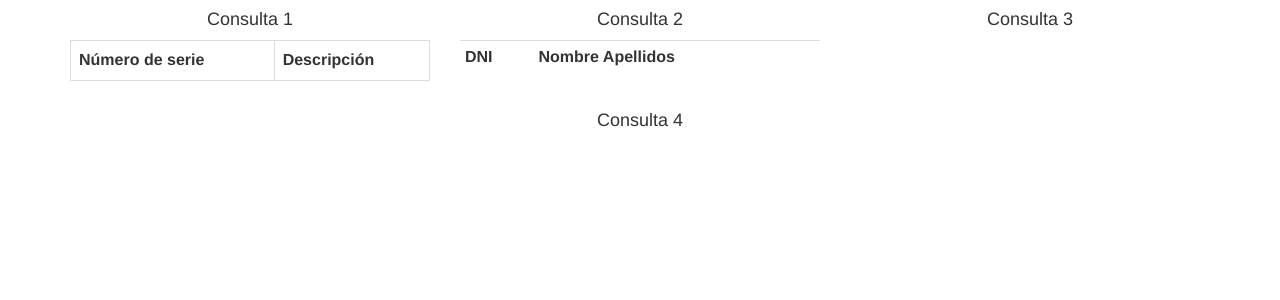
Repository: Myugen/EjercicioPHP
Page: http://localhost/Ejercicio2/index.php
These files come from the project's save history. The page is drawn as it stood at one moment and after the next save; the edit follows.
The browser window is 1280 px wide. The pictures show the whole page.
Some web libraries are served in a nearby version. The page is run by PHP 8.4 with error messages shown; the project is at /var/www/html/. Queries for data that is not in the repository find no rows.

Above is the page before, as saved 2015-11-18 13:49:25.

### Actividades5-2/Ejercicio2/index.php
<!DOCTYPE HTML PUBLIC "-//W3C//DTD HTML 4.01 Frameset//EN">
<html>
<head>
<meta name="viewport" content="width=device-width, initial-scale=1">
<link rel="stylesheet" href="http://maxcdn.bootstrapcdn.com/bootstrap/3.3.5/css/bootstrap.min.css">
<script src="https://ajax.googleapis.com/ajax/libs/jquery/1.11.3/jquery.min.js"></script>
<script src="http://maxcdn.bootstrapcdn.com/bootstrap/3.3.5/js/bootstrap.min.js"></script>
<meta http-equiv="Content-Type" content="text/html; charset=UTF-8">
<title>Consultas Base de Datos Vivero de empresas</title>
</head>
<body>
<?php
	$conexion = new mysqli("localhost", "root", "admin", "eje5_2_DB") or
	die("<div class='alert aler-danger text-center'><p>No es posible conectarse a la
	base de datos. Compruebe que los datos de conexión, usuario y/o contraseña son correctos.</p></div>");
?>
	<div class="container text-center">
	<div class="row">
		<div class="col-md-4">
			<h4>Consulta 1</h4>
			<?php
			$consulta1 = "SELECT r.numserie, r.descripcion
						  FROM recursos as r
						  WHERE NOT EXISTS (SELECT t.numserie
					                        FROM tiempo_uso as t
					                        WHERE r.numserie = t.numserie)";
			if($resultado = $conexion->query($consulta1)) {
				echo "<table class='table table-bordered'>";
				echo "<tr><th>Número de serie</th><th>Descripción</th></tr>";
				while($row = $resultado->fetch_row()){
					echo "<tr><td>" . utf8_encode($row[0]) . "</td><td>" . utf8_encode($row[1]) . "</td></tr>";
				}
				echo "</table>";
			}
			else {
				echo "<p class='text-danger'>Consulta no resuelta. Error $conexion->errno : $conexion->error </p><br>";
			}
			?>
		</div>
		<div class="col-md-4">
			<h4>Consulta 2</h4>
			<?php
			$consulta2 = "SELECT p.dni, p.nombre_y_apellidos
						  FROM profesionales as p
						  WHERE p.dni IN (SELECT t.dni
					                        FROM tiempo_uso as t
					                        WHERE p.dni = t.dni)
					      ORDER BY(p.nombre_y_apellidos)";
			if($resultado = $conexion->query($consulta2)) {
				echo "<table class='table table-condensed'>";
				echo "<tr><th>DNI</th><th>Nombre Apellidos</th></tr>";
				while($row = $resultado->fetch_row()){
					echo "<tr><td>" . utf8_encode($row[0]) . "</td><td>" . utf8_encode($row[1]) . "</td></tr>";
				}
				echo "</table>";
			}
			else {
				echo "<p class='text-danger'>Consulta no resuelta. Error $conexion->errno : $conexion->error </p><br>";
			}
			?>
		</div>
		<div class="col-md-4">
			<h4>Consulta 3</h4>
			<?php

			?>
		</div>
	</div>
	<div class="row">
		<div class="col-md-12">
			<h4>Consulta 4</h4>
			<?php

			?>
		</div>
	</div>
	</div>
</body>
</html>

After the next save:
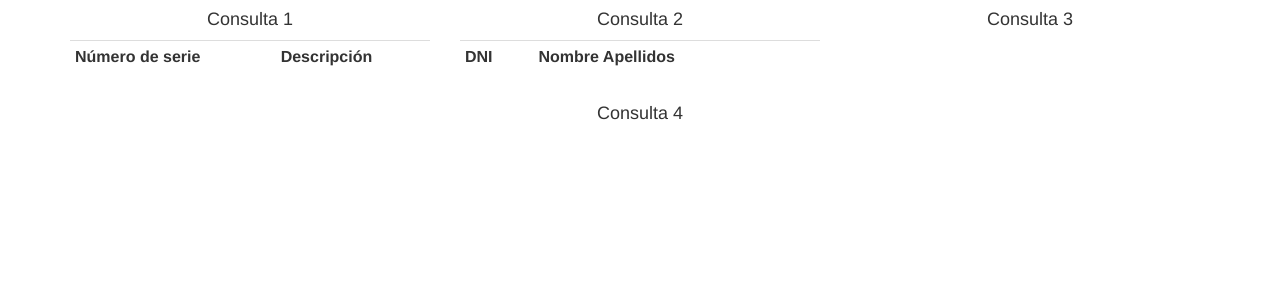
Saved 28 s later.
--- a/Actividades5-2/Ejercicio2/index.php
+++ b/Actividades5-2/Ejercicio2/index.php
@@ -25,7 +25,7 @@
 					                        FROM tiempo_uso as t
 					                        WHERE r.numserie = t.numserie)";
 			if($resultado = $conexion->query($consulta1)) {
-				echo "<table class='table table-bordered'>";
+				echo "<table class='table table-condensed'>";
 				echo "<tr><th>Número de serie</th><th>Descripción</th></tr>";
 				while($row = $resultado->fetch_row()){
 					echo "<tr><td>" . utf8_encode($row[0]) . "</td><td>" . utf8_encode($row[1]) . "</td></tr>";
